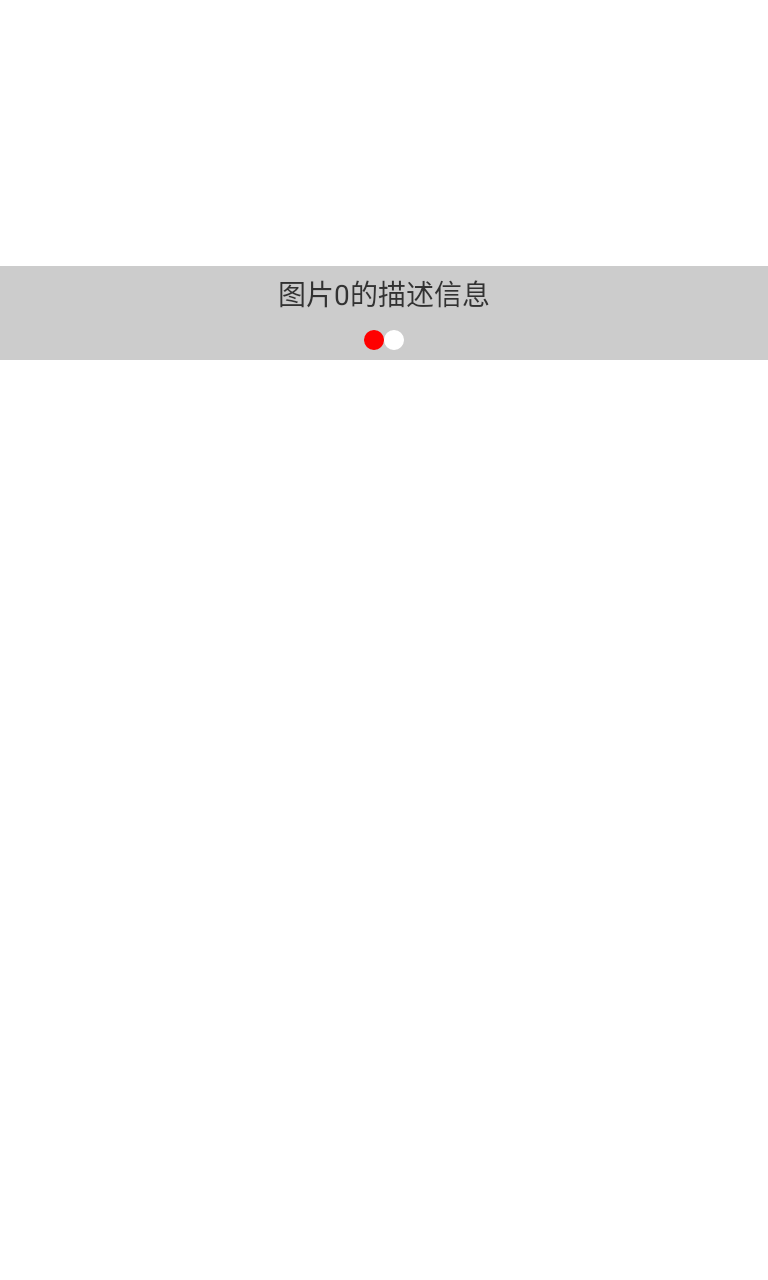
Repository: ASmouse/View
Layout: 01_ViewPager14/res/layout/activity_main.xml
These files come from the project's save history. The layout is drawn as it stood at one moment and after the next save; the edit follows.
It is drawn on a 768 x 1280 px phone screen (xhdpi) without system bars, with theme AppTheme; the app's code is not run. Lists and similar views that code fills are empty.

Above is the layout before, as saved 2015-10-24 01:55:05.

### 01_ViewPager14/res/layout/activity_main.xml
<RelativeLayout xmlns:android="http://schemas.android.com/apk/res/android"
    xmlns:tools="http://schemas.android.com/tools"
    android:layout_width="match_parent"
    android:layout_height="match_parent"
    tools:context=".MainActivity" >

    <RelativeLayout
        android:layout_width="fill_parent"
        android:layout_height="180dp" >

        <!-- ViewPager组件的展示 -->

        <android.support.v4.view.ViewPager
            android:id="@+id/vp_test"
            android:layout_width="fill_parent"
            android:layout_height="180dp" >
        </android.support.v4.view.ViewPager>
        <!-- 描述信息和点的显示 -->

        <LinearLayout
            android:layout_width="fill_parent"
            android:layout_height="wrap_content"
            android:layout_alignParentBottom="true"
            android:background="#33000000"
            android:gravity="center_horizontal"
            android:orientation="vertical" >

            <!-- 图片的描述信息 -->

            <TextView
                android:layout_width="wrap_content"
                android:layout_height="wrap_content"
                android:layout_margin="3dip"
                android:text="图片0的描述信息" />

            <!-- 点的容器 -->

            <LinearLayout
                android:layout_margin="5dip"
                android:layout_width="wrap_content"
                android:layout_height="wrap_content"
                android:orientation="horizontal" >
                <View android:layout_width="10dip"
                    android:layout_height="10dip"
                    android:background="@drawable/red_point"/>
                 <View android:layout_width="10dip"
                    android:layout_height="10dip"
                    android:background="@drawable/gray_point"/>
            </LinearLayout>
        </LinearLayout>
    </RelativeLayout>

</RelativeLayout>

### 01_ViewPager14/res/drawable/red_point.xml
<?xml version="1.0" encoding="utf-8"?>
<shape xmlns:android="http://schemas.android.com/apk/res/android"
    android:shape="oval">
    <!--圆的半径  -->
    <corners android:radius="5dip"></corners>

    <!-- 员的颜色 -->
    <solid android:color="#ff0000"/>

</shape>

### 01_ViewPager14/res/drawable/gray_point.xml
<?xml version="1.0" encoding="utf-8"?>
<shape xmlns:android="http://schemas.android.com/apk/res/android"
    android:shape="oval">
    <!--圆的半径  -->
    <corners android:radius="5dip"></corners>

    <!-- 圆的颜色 -->
    <solid android:color="#ffffff"/>

</shape>

Loaded but not shown: 01_ViewPager14/res/values/styles.xml (common file); 01_ViewPager14/res/values-v11/styles.xml (common file); 01_ViewPager14/res/values-v14/styles.xml (common file)

After the next save:
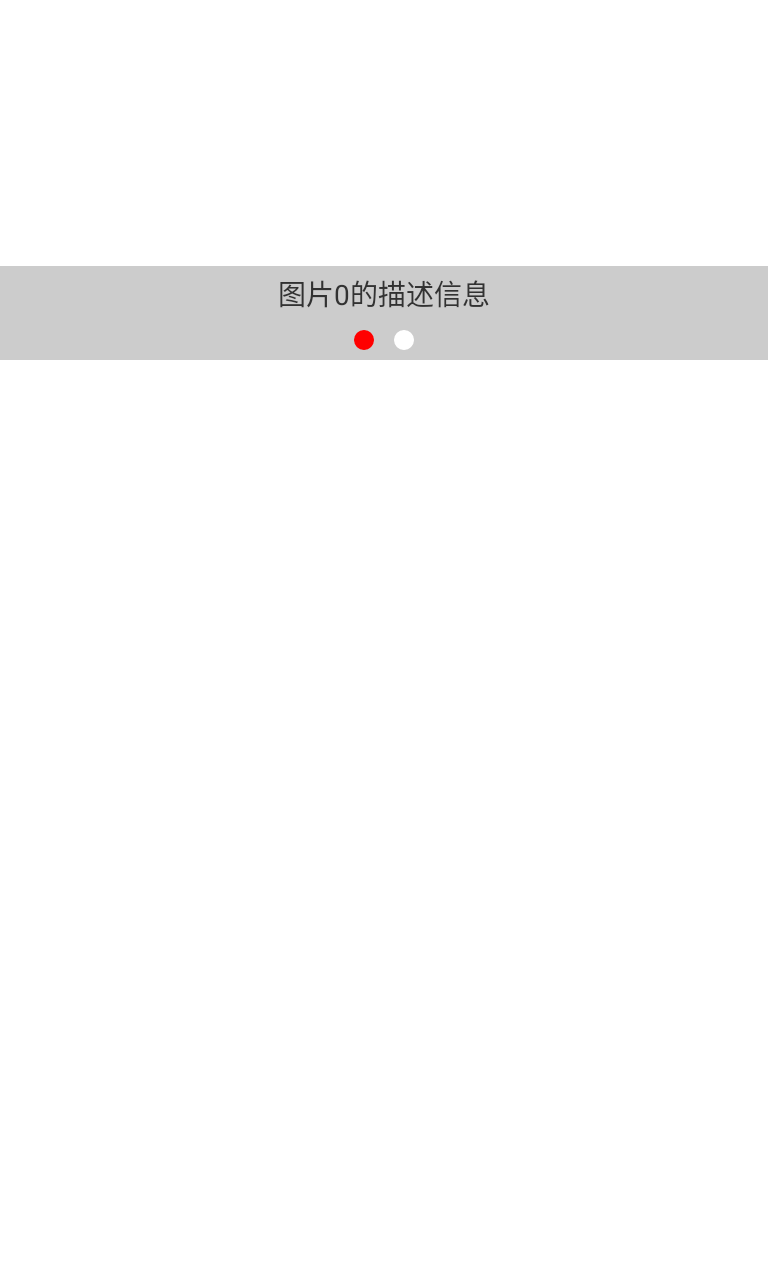
Saved 21 s later.
--- a/01_ViewPager14/res/layout/activity_main.xml
+++ b/01_ViewPager14/res/layout/activity_main.xml
@@ -36,16 +36,21 @@
             <!-- 点的容器 -->
 
             <LinearLayout
-                android:layout_margin="5dip"
                 android:layout_width="wrap_content"
                 android:layout_height="wrap_content"
+                android:layout_margin="5dip"
                 android:orientation="horizontal" >
-                <View android:layout_width="10dip"
+
+                <View
+                    android:layout_width="10dip"
                     android:layout_height="10dip"
-                    android:background="@drawable/red_point"/>
-                 <View android:layout_width="10dip"
+                    android:background="@drawable/red_point" />
+
+                <View
+                    android:layout_marginLeft="10dip"
+                    android:layout_width="10dip"
                     android:layout_height="10dip"
-                    android:background="@drawable/gray_point"/>
+                    android:background="@drawable/gray_point" />
             </LinearLayout>
         </LinearLayout>
     </RelativeLayout>
